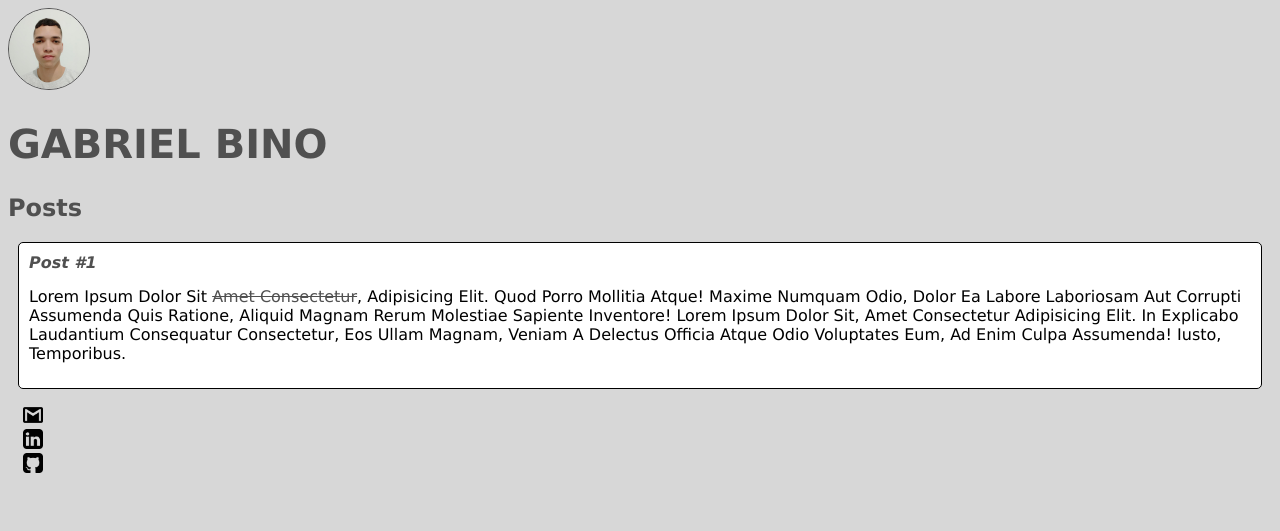
Repository: gabrielbino/projects-dio
Page: html e css/index.html
These files come from the project's save history. The page is drawn as it stood at one moment and after the next save; the edit follows.
The browser window is 1280 px wide. The pictures show the whole page.

Above is the page before, as saved 2021-10-15 18:49:13.

After the next save:
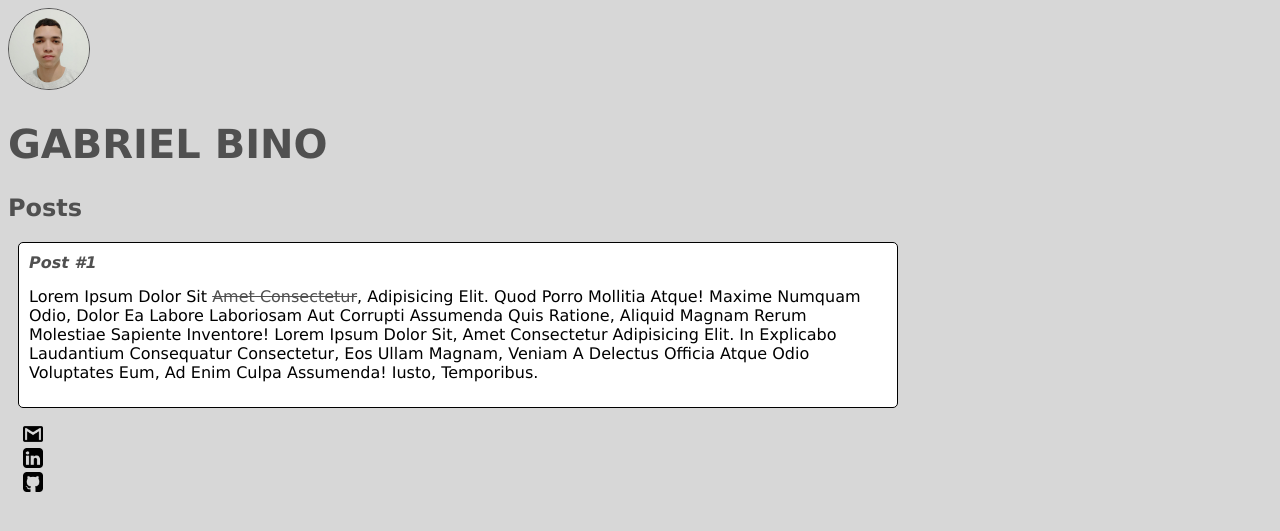
Saved 95 s later.
--- a/html e css/style.css
+++ b/html e css/style.css
@@ -1,6 +1,7 @@
 body {
   background-color: #d7d7d7;
   font-family: Verdana, sans-serif;
+  width: 900px;
 }
 
 .photo {
